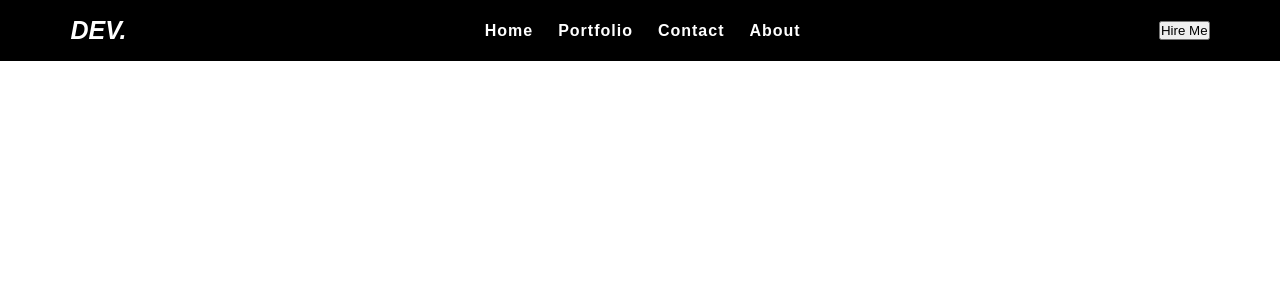
Repository: DevAntonioRogers/vanilla-responsive-navbar
Page: index.html
An editor plug-in stored every save of this project. The page is shown before and after the next save, followed by the edit.
The browser window is 1280 px wide. The pictures show the whole page.
Some web fonts or font styles are not loaded; a fallback is used.

Above is the page before, as saved 2023-06-04 21:22:10.
Console error: TypeError: Cannot read properties of null (reading 'addEventListener')

After the next save:
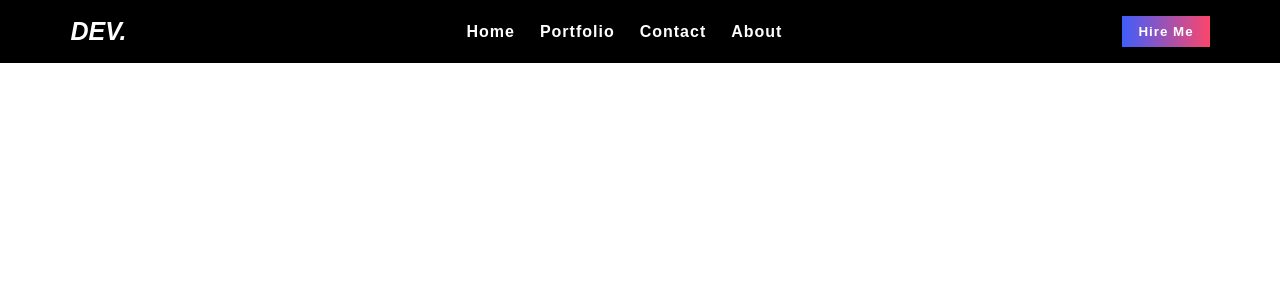
Saved 3 min 30 s later.
--- a/style.css
+++ b/style.css
@@ -46,3 +46,19 @@ nav {
   letter-spacing: 1px;
   cursor: pointer;
 }
+
+.nav-container button {
+  background: #fc466b; /* fallback for old browsers */
+  background: -webkit-linear-gradient(to right, #3f5efb, #fc466b); /* Chrome 10-25, Safari 5.1-6 */
+  background: linear-gradient(
+    to right,
+    #3f5efb,
+    #fc466b
+  ); /* W3C, IE 10+/ Edge, Firefox 16+, Chrome 26+, Opera 12+, Safari 7+ */
+  color: white;
+  border: none;
+  padding: 0.5rem 1rem;
+  font-weight: 600;
+  letter-spacing: 1px;
+  cursor: pointer;
+}
